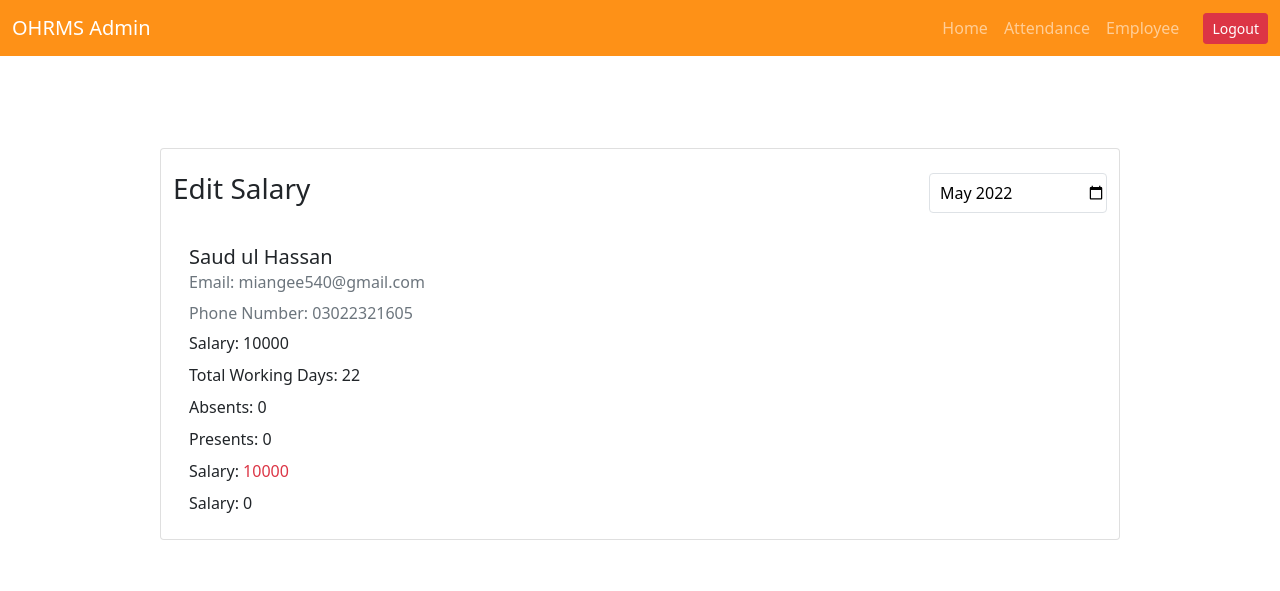
Repository: SaudCh/PHP-OHRMS
Page: http://localhost/admin/edit-salary?id=49
An editor plug-in stored every save of this project. The page is shown before and after the next save, followed by the edit.
The browser window is 1280 px wide. The pictures show the whole page.
Some web libraries are served in a nearby version. The page is run by PHP 8.4 with error messages shown; the project is at /var/www/html/. The session is filled in as if someone had signed in: {"admin": "admin@ohrm.com"}. Other server files are loaded and not shown. The database holds what the project's SQL file puts in it. Queries for data that is not in the repository find no rows.

Above is the page before, as saved 2022-06-06 00:14:56.

### admin/edit-salary.php
<!DOCTYPE html>
<html lang="en">

<head>
    <meta charset="UTF-8">
    <meta http-equiv="X-UA-Compatible" content="IE=edge">
    <meta name="viewport" content="width=device-width, initial-scale=1.0">
    <?php require "../assets/includes/link.includes.php" ?>
    <script src="https://ajax.googleapis.com/ajax/libs/jquery/3.6.0/jquery.min.js"></script>


    <title>OHRMS</title>
</head>

<body>
    <?php require "./assets/Components/header.php" ?>
    <div class="container-fluid">
        <div class="row align-items-center justify-content-center" style="min-height: 80vh;">

            <div class="card col-11 col-md-9">
                <div class="d-flex align-items-center justify-content-between mt-2">

                    <h3>Edit Salary</h3>
                    <div>
                        <input class="border rounded my-3" style="height:40px;padding-left:10px;" value="<?= Date("Y-m") ?>" type="month" name="date" id="attendance-date">

                    </div>

                </div>
                <?php
                $salary = 0;
                $id = $_GET['id'];
                $sql = "select * from employee where empId = '$id'";
                $results = mysqli_query($con, $sql);
                $rescheck = mysqli_num_rows($results);
                if ($rescheck > 0) {
                    while ($row = mysqli_fetch_assoc($results)) {
                        $salary = $row['salary'];
                ?>
                        <div class="card-body">
                            <h5 class="card-title"><?= $row["name"] ?></h5>
                            <h6 class="card-subtitle mb-3 text-muted">Email: <?= $row['emailAddress'] ?></h6>
                            <h6 class="card-subtitle mb-2 text-muted">Phone Number: <?= $row['phoneNumber'] ?></h6>
                            <p class="card-text p-0 m-0 mb-2">Salary: <?= $row['salary'] ?></p>


                    <?php }
                } ?>
                    <div id="attendance-data">
                        <?php
                        $absent = 0;
                        $present = 0;

                        $date = date('Y-m');

                        $time = strtotime($date);
                        $month = date("n", $time);
                        $year = date("Y", $time);

                        $type = CAL_GREGORIAN;
                        $day_count = cal_days_in_month($type, (int)$month, $year);

                        $workdays = 0;
                        for ($i = 1; $i <= $day_count; $i++) {

                            $date = $year . '/' . $month . '/' . $i;
                            $get_name = date('l', strtotime($date));
                            $day_name = substr($get_name, 0, 3);

                            if ($day_name != 'Sun' && $day_name != 'Sat') {
                                $workdays++;
                            }
                        }

                        $id = $_GET['id'];
                        $sql = "select * from attendance where empId = '$id' and date like '$date%'";
                        $results = mysqli_query($con, $sql);
                        $rescheck = mysqli_num_rows($results);
                        if ($rescheck > 0) {
                            while ($row = mysqli_fetch_assoc($results)) {
                                if ($row['status'] == 'Present') {
                                    $present++;
                                } else {
                                    $absent++;
                                }
                            }
                        }
                        ?>
                        <p class="card-text p-0 m-0 mb-2">Total Working Days: <?= $workdays ?></p>
                        <p class="card-text p-0 m-0 mb-2">Absents: <?= $absent ?></p>
                        <p class="card-text p-0 m-0 mb-2">Presents: <?= $present ?></p>

                        <?php
                        if ($present < $workdays - 3) {
                            echo '<p class="card-text p-0 m-0 mb-2">Salary: <span class="text-danger">' . (int)$salary . '</span></p>';
                        } else {
                            echo '<p class="card-text p-0 m-0 mb-2">Salary: <span class="text-success">' . $salary  . '</span></p>';
                        }
                        ?>
                        <p class="card-text p-0 m-0 mb-2">Salary: <?= $present ?></p>


                    </div>

                        </div>

            </div>
        </div>
    </div>
    <script>
        $(document).ready(function() {
            $("#attendance-date").change(function() {
                var search = $(this).val();
                var id = <?= $id ?>;
                $.ajax({
                    url: 'salary-attendance.php',
                    method: 'post',
                    data: {
                        query: search,
                        id: id
                    },
                    success: function(response) {
                        $("#attendance-data").html(response);
                    }
                });
            });
        });
    </script>
</body>

</html>

### assets/includes/link.includes.php
<link href="https://cdn.jsdelivr.net/npm/bootstrap@5.0.2/dist/css/bootstrap.min.css" rel="stylesheet" integrity="sha384-EVSTQN3/azprG1Anm3QDgpJLIm9Nao0Yz1ztcQTwFspd3yD65VohhpuuCOmLASjC" crossorigin="anonymous">
<script src="https://cdn.jsdelivr.net/npm/bootstrap@5.0.2/dist/js/bootstrap.bundle.min.js" integrity="sha384-MrcW6ZMFYlzcLA8Nl+NtUVF0sA7MsXsP1UyJoMp4YLEuNSfAP+JcXn/tWtIaxVXM" crossorigin="anonymous"></script>
<script src="https://cdn.jsdelivr.net/npm/@popperjs/core@2.9.2/dist/umd/popper.min.js" integrity="sha384-IQsoLXl5PILFhosVNubq5LC7Qb9DXgDA9i+tQ8Zj3iwWAwPtgFTxbJ8NT4GN1R8p" crossorigin="anonymous"></script>
<script src="https://cdn.jsdelivr.net/npm/bootstrap@5.0.2/dist/js/bootstrap.min.js" integrity="sha384-cVKIPhGWiC2Al4u+LWgxfKTRIcfu0JTxR+EQDz/bgldoEyl4H0zUF0QKbrJ0EcQF" crossorigin="anonymous"></script>

<script src="https://kit.fontawesome.com/5d60ba127b.js" crossorigin="anonymous"></script>

<link rel="stylesheet" href="./assets/css/style.css" type="text/css">
<link rel="stylesheet" href="./assets/css/footer.css" type="text/css">
<style>
    .link {
        text-decoration: none;
    }
</style>

### admin/assets/Components/header.php
<?php
session_start();
$email = '';

include '../assets/config/dbconfig.php';

if (isset($_SESSION['admin'])) {
    $email = $_SESSION['admin'];
} else {
    header("location: login");
}
?>
<nav class="navbar navbar-expand-lg navbar-dark" style="background-color: #fe9117;">
    <div class="container-fluid">
        <a class="navbar-brand" href="index">OHRMS Admin</a>
        <button class="navbar-toggler" type="button" data-bs-toggle="collapse" data-bs-target="#navbarSupportedContent" aria-controls="navbarSupportedContent" aria-expanded="false" aria-label="Toggle navigation">
            <span class="navbar-toggler-icon"></span>
        </button>
        <div class="collapse navbar-collapse" id="navbarSupportedContent">
            <ul class="navbar-nav ms-auto me-3 mb-2 mb-lg-0">
                <li class="nav-item">
                    <a class="nav-link" aria-current="page" href="index">Home</a>
                </li>
                <li class="nav-item">
                    <a class="nav-link" href="attendance">Attendance</a>
                </li>
                <li class="nav-item">
                    <a class="nav-link" href="employee">Employee</a>
                </li>
            </ul>
            <?php

            if (isset($_SESSION['admin'])) {
                echo '<a href="./assets/includes/admin-logout.includes.php" class="btn btn-sm btn-danger">Logout</a>';
            } else {
                echo '<a href="login" class="btn btn-sm btn-success">Login/Register</a>';
            }
            ?>

        </div>
    </div>
</nav>

### assets/config/dbconfig.php
<?php
// Database configuration
$dbHost     = "localhost";
$dbUsername = "root";
$dbPassword = "";
$dbName     = "ohrms";

// $dbHost     = "sql102.epizy.com";
// $dbUsername = "epiz_31455211";
// $dbPassword = "Kr3NNcrNvT9Mx4";
// $dbName     = "epiz_31455211_ohrms";

// Create database connection
$db = new mysqli($dbHost, $dbUsername, $dbPassword, $dbName);
$con=mysqli_connect($dbHost, $dbUsername, $dbPassword,$dbName);

// Check connection
if ($db->connect_error) {
    die("Connection failed: " . $db->connect_error);
}

### assets/css/footer.css
.back-to-top {
  cursor: pointer;
  position: fixed;
  bottom: 30px;
  right: 20px;
  display: none;
  z-index: 10;
}

.footer {
  background-color: #fe9126;
  display: flex;
  color: white;
  z-index: 2;
}

.footer a {
  color: white;
  text-decoration: none;
  font-weight: 500;
}

.footer-links ul {
  text-align: left;
}

.footer-links li {
  list-style: none;
}

.copyright {
  color: white;
  background-color: #fe9126;
}

### sql/ohrms.sql (the tables this page reads)
CREATE TABLE `employee` (
  `empId` int(11) NOT NULL,
  `name` char(50) NOT NULL,
  `phoneNumber` varchar(15) NOT NULL,
  `department` char(10) NOT NULL,
  `emailAddress` varchar(50) NOT NULL,
  `password` varchar(255) NOT NULL,
  `address` varchar(100) NOT NULL,
  `gender` char(10) NOT NULL,
  `salary` int(10) NOT NULL DEFAULT 10000,
  `token` varchar(255) NOT NULL,
  `empStatus` int(1) NOT NULL DEFAULT 0,
  `created` datetime NOT NULL DEFAULT current_timestamp(),
  `tempMail` varchar(20) NOT NULL
) ENGINE=InnoDB DEFAULT CHARSET=utf8mb4;

INSERT INTO `employee` (`empId`, `name`, `phoneNumber`, `department`, `emailAddress`, `password`, `address`, `gender`, `salary`, `token`, `empStatus`, `created`, `tempMail`) VALUES
(49, 'Saud ul Hassan', '03022321605', 'IT', 'miangee540@gmail.com', '$2y$10$tnkPhTnqi.jBUQkl8uiTEePtk4Auc3IYuPundD76d2H41YGcwugUW', '123 B Comsats\r\n123', 'male', 10000, '1bb7c8eb79b1d6be961371dabf6745', 1, '2022-06-13 18:56:53', 'miangee540@gmail.com'),
(51, 'Cedric Sampson', '+16473759896', 'Finance', 'saudchaudhary0@gmail', '$2y$10$8lcl4ARF2QZ6ryeaVm7qlOr02QNJMQFGSRC1rsK8to0F42cu8QcHu', 'Mollitia et et deser', 'female', 21000, '6e4e9ff9110491b8cb7f122b012c2c', 0, '2022-06-13 19:32:44', 'saudchaudhary0@gmail');

ALTER TABLE `employee`
  ADD PRIMARY KEY (`empId`);

ALTER TABLE `employee`
  MODIFY `empId` int(11) NOT NULL AUTO_INCREMENT, AUTO_INCREMENT=52;

Loaded but not shown: assets/css/style.css (common file)

After the next save:
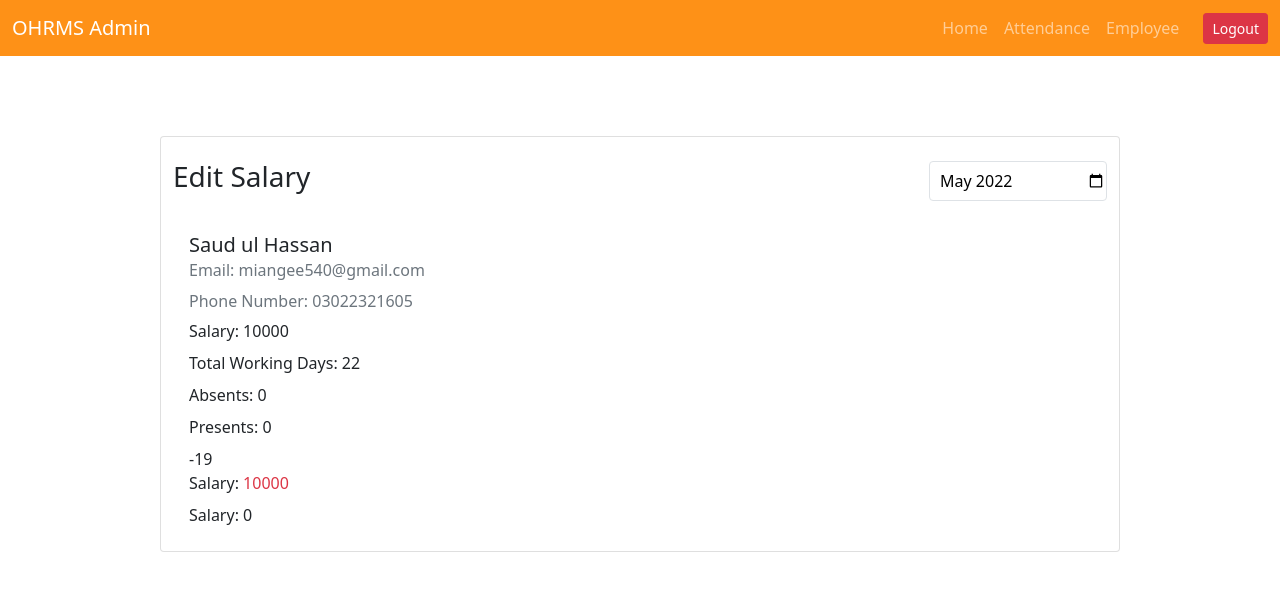
Saved 55 s later.
--- a/admin/edit-salary.php
+++ b/admin/edit-salary.php
@@ -92,6 +92,7 @@
 
                         <?php
                         if ($present < $workdays - 3) {
+                            echo $present - $workdays + 3;
                             echo '<p class="card-text p-0 m-0 mb-2">Salary: <span class="text-danger">' . (int)$salary . '</span></p>';
                         } else {
                             echo '<p class="card-text p-0 m-0 mb-2">Salary: <span class="text-success">' . $salary  . '</span></p>';
